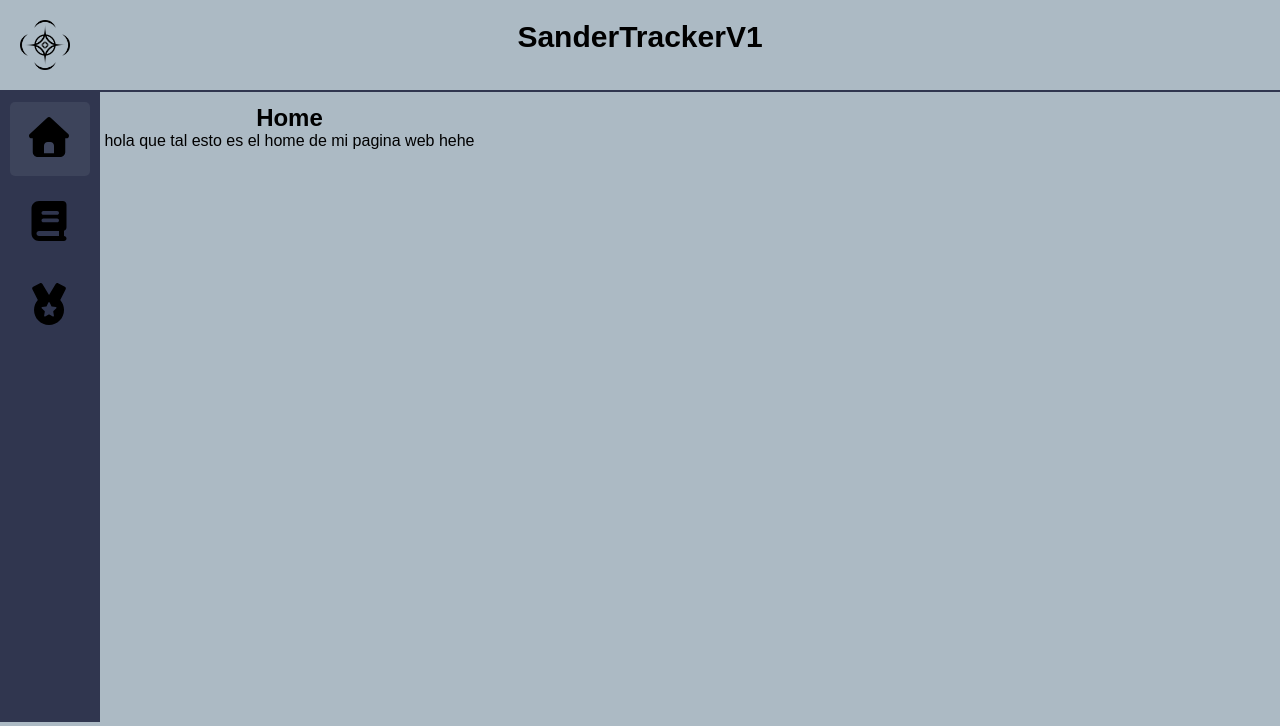
Repository: iocolopus/learn_web
Page: sandertracker_1/index.html
An editor plug-in stored every save of this project. The page is shown before and after a run of saves, followed by the edit.
The browser window is 1280 px wide. The pictures show the whole page.

Above is the page before, as saved 2026-02-18 20:52:24.

After the next 2 saves:
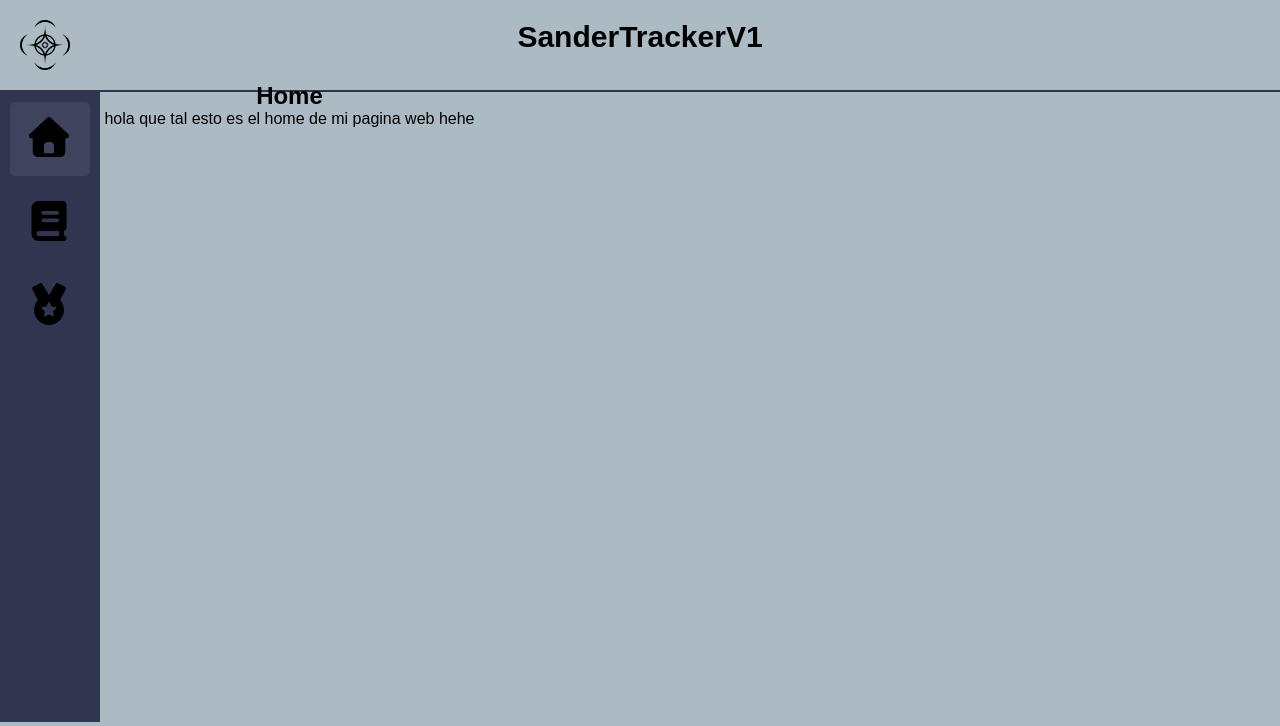
The 2 saves are shown as one change because they came seconds apart.
The last was saved 34 s later.
--- a/sandertracker_1/styles_section.css
+++ b/sandertracker_1/styles_section.css
@@ -5,5 +5,5 @@ section {
 section.inSection {
     text-align: center;
     display: inline-block;
-    transform: translateY(-80vh);
+    transform: translateY(-83vh);
 }
